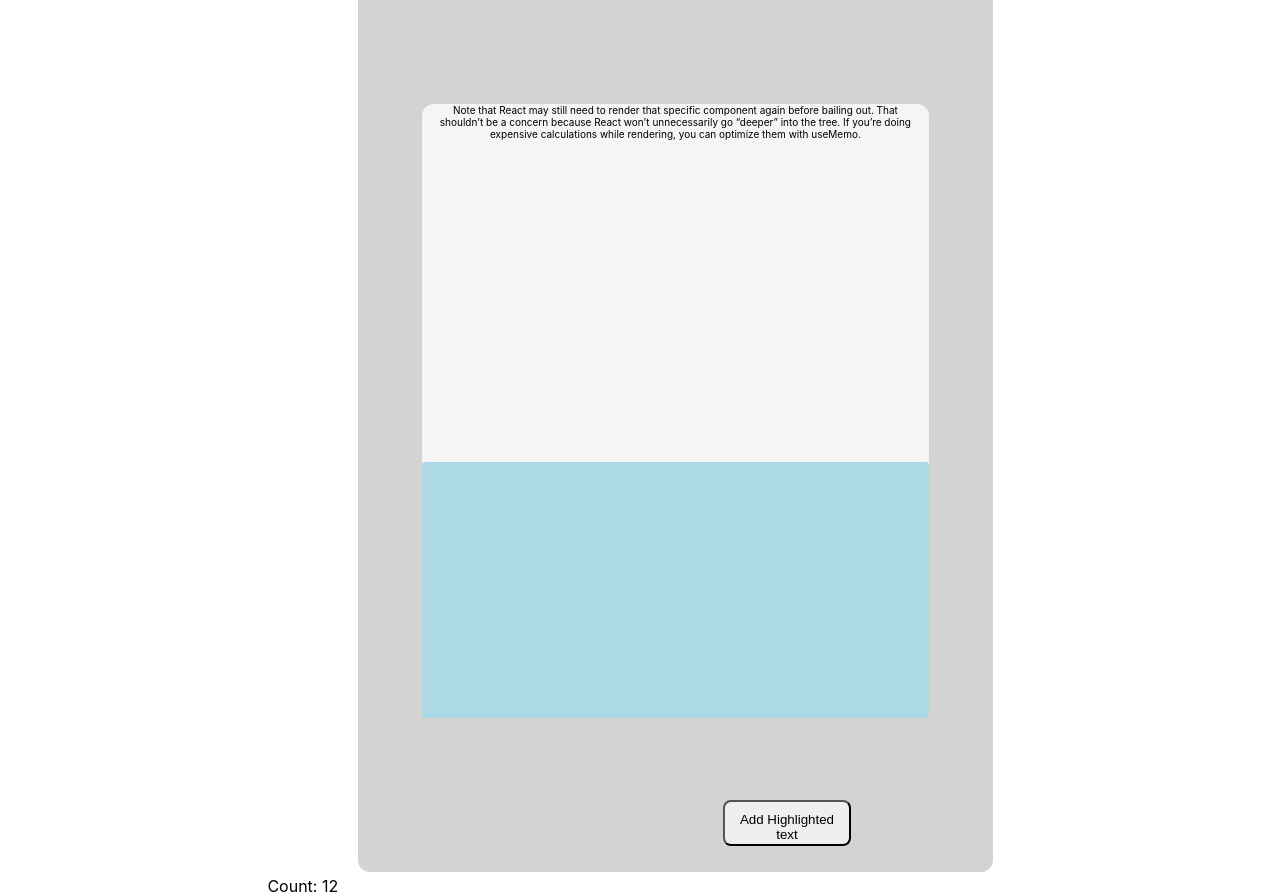
Repository: Farbod29/React-text-highlighter-with-hook-
Page: /
The author's editor kept a copy of each file at every save. The page is drawn from the files as they stood at one save, then again after the next save.
The browser window is 1280 px wide. The pictures show the part of the page from y = 428 to 1324 px (the page is 1324 px tall).
The project was rebuilt for these pictures with package versions that can differ from the ones it lists, and the page was loaded fresh each time.

Above is the page before, as saved 2022-02-18 23:17:43.

After the next save:
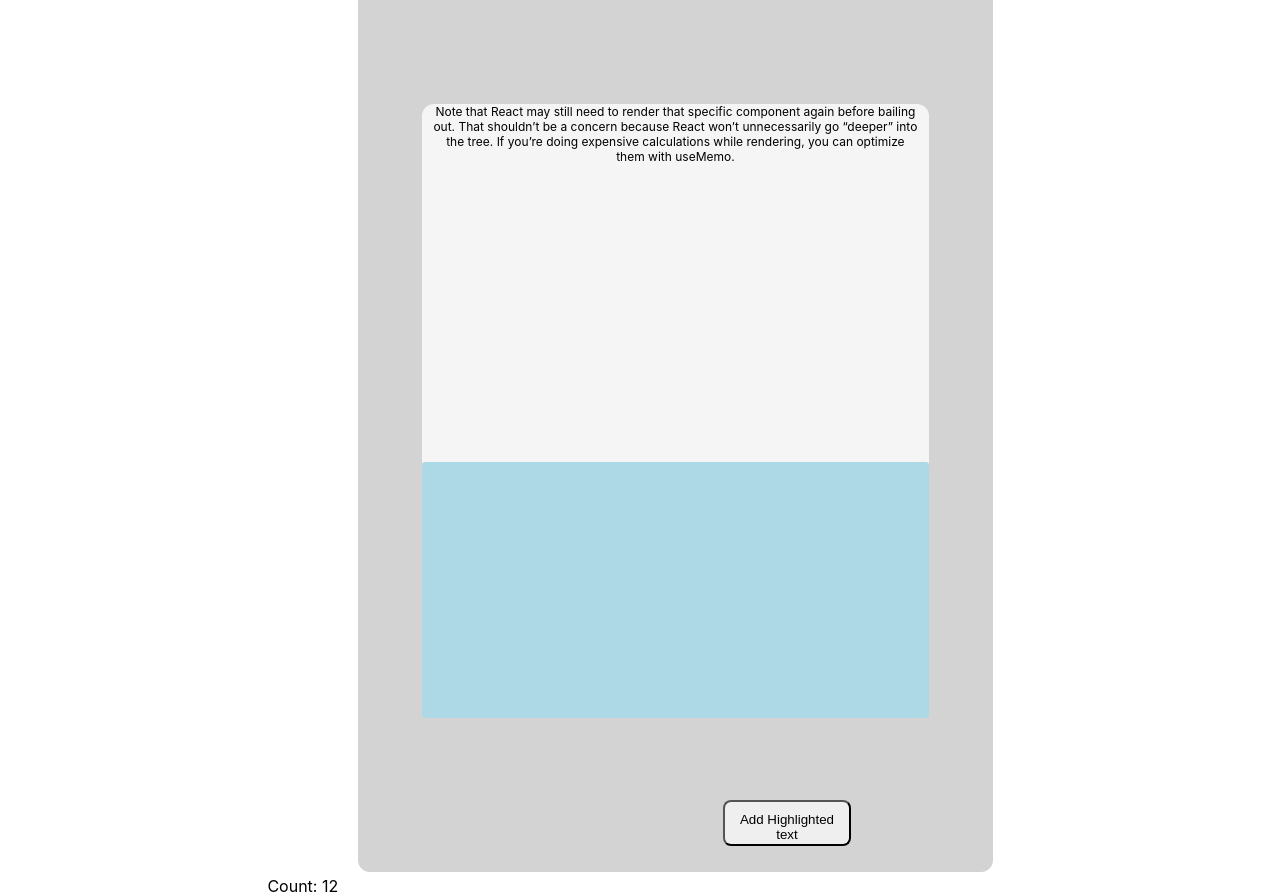
Saved 4 s later.
--- a/src/highlighter.js
+++ b/src/highlighter.js
@@ -49,7 +49,7 @@ export default function Highlighter() {
             top: '40vw',
             borderRadius: '12px',
             position: 'absolute',
-            fontSize: '10px',
+            fontSize: '12px',
           }}
         >
           Note that React may still need to render that specific component again
